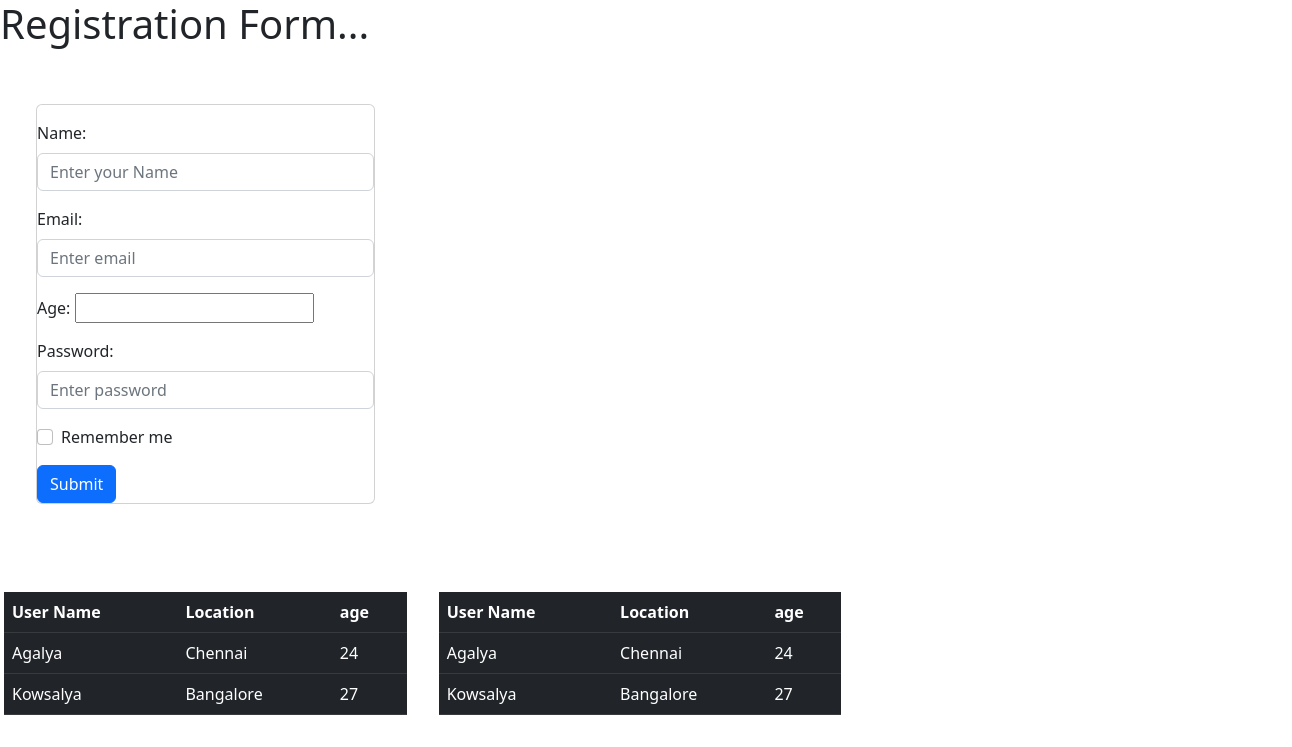
Repository: rajeshkannane/java1
Page: Form/public/index.html
An editor plug-in stored every save of this project. The page is shown before and after the next save, followed by the edit.
The browser window is 1280 px wide. The page is 1292 px wide, so the pictures cover 1292 px, including what lies to the right of the window. The pictures show the whole page.

Above is the page before, as saved 2022-11-16 12:39:18.

After the next save:
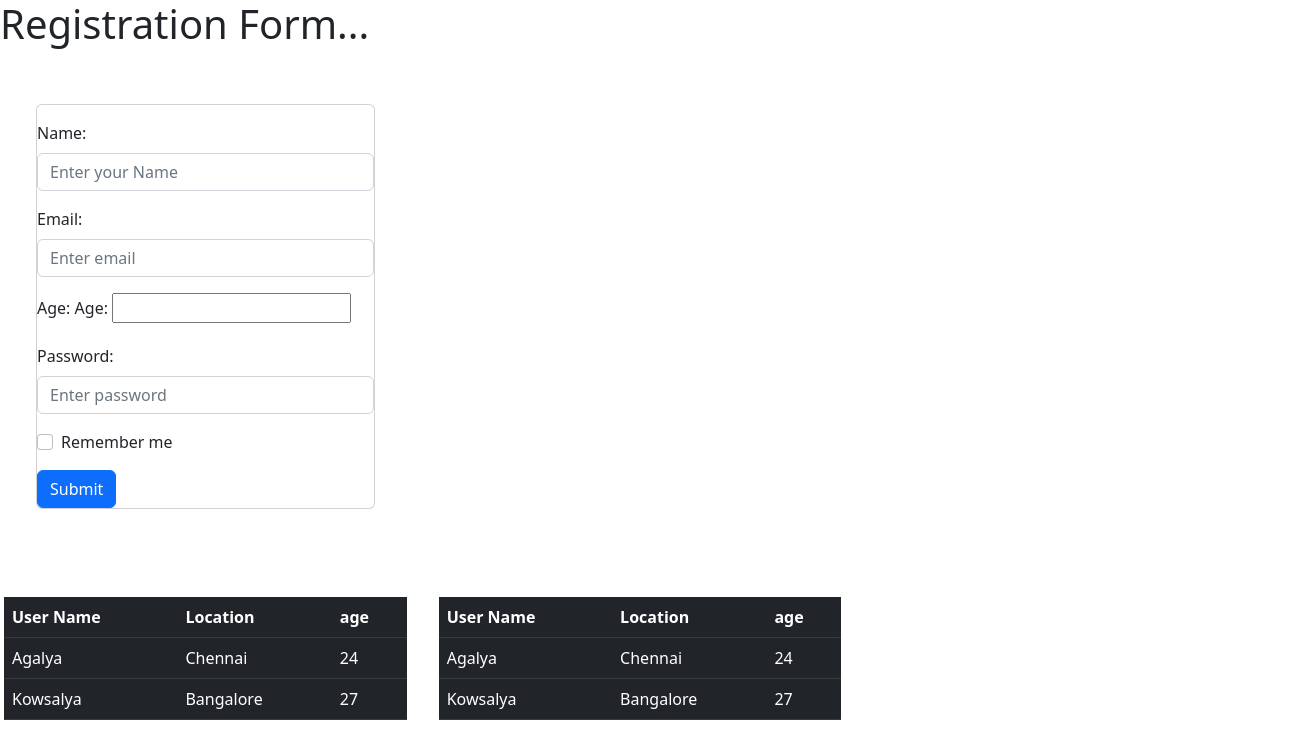
Saved 29 s later.
--- a/Form/public/index.html
+++ b/Form/public/index.html
@@ -22,6 +22,7 @@
     <input type="email" class="form-control" id="email" placeholder="Enter email" name="email">
   </div>
   <div class="mb-3 mt-3">
+    <label for="Age" class="form-label">Age:</label>
     <form action="/action_page.php">
   <label for="Age">Age:</label>
   <input type="Number" id="Age" name="Age">
